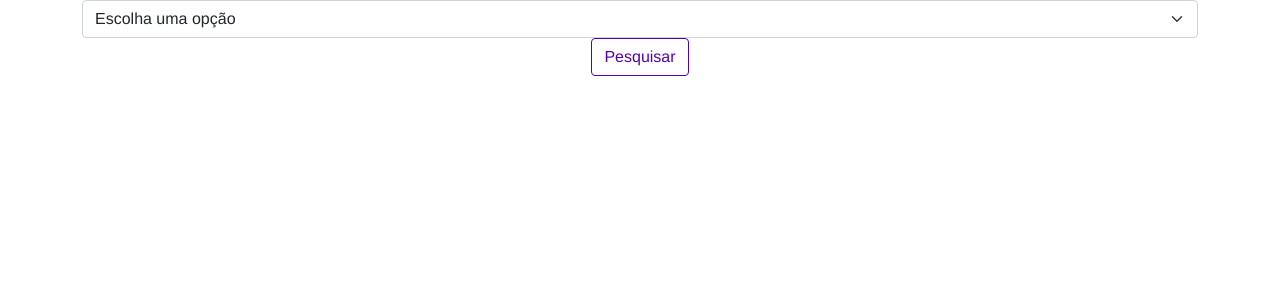
Repository: LuismGil/Countries-list
Page: /about
An editor plug-in stored every save of this project. The page is shown before and after the next save, followed by the edit.
The browser window is 1280 px wide. The pictures show the whole page.
The project was rebuilt for these pictures with package versions that can differ from the ones it lists, and the page was loaded fresh each time.

Above is the page before, as saved 2021-05-22 21:13:18.

### public/index.html
<!DOCTYPE html>
<html lang="">
  <head>
    <meta charset="utf-8">
    <meta http-equiv="X-UA-Compatible" content="IE=edge">
    <meta name="viewport" content="width=device-width,initial-scale=1.0">
    <link rel="icon" href="<%= BASE_URL %>favicon.ico">
    <link href="https://cdn.jsdelivr.net/npm/bootstrap@5.0.1/dist/css/bootstrap.min.css" rel="stylesheet" integrity="sha384-+0n0xVW2eSR5OomGNYDnhzAbDsOXxcvSN1TPprVMTNDbiYZCxYbOOl7+AMvyTG2x" crossorigin="anonymous">
    <title><%= htmlWebpackPlugin.options.title %></title>
  </head>
  <body>
    <noscript>
      <strong>We're sorry but <%= htmlWebpackPlugin.options.title %> doesn't work properly without JavaScript enabled. Please enable it to continue.</strong>
    </noscript>
    <div id="app"></div>
    <!-- built files will be auto injected -->
  </body>
</html>

### src/App.vue
<template>
  <div id="app">
    <!-- <mv-header /> -->
    <Home></Home>

  </div>
</template>

<script>
// import MvHeader from './components/MvHeader.vue';
import Home from './views/Home.vue';

export default {
  name: 'App',
  components: {
    // MvHeader,
    Home,
  },
};
</script>

<style>
#app {
  color: #2c3e50;
  font-family: Avenir, Helvetica, Arial, sans-serif;
  -webkit-font-smoothing: antialiased;
  -moz-osx-font-smoothing: grayscale;
  text-align: center;
}
</style>

### src/views/Home.vue
<template>
  <div>
    <mv-countries></mv-countries>

  </div>
</template>

<script>
import MvCountries from '../components/MvCountries.vue';

export default {
  components: { MvCountries },

};
</script>

<style>

</style>

### src/components/MvCountries.vue
<template>
  <div>
    <div class="container">
    <select class="form-select" aria-label="Escolha uma opção">
      <option selected disabled>Escolha uma opção</option>
      <option value="1">Região</option>
      <option value="2">Capital</option>
      <option value="3">Língua</option>
      <option value="4">País</option>
      <option value="5">Código de ligação</option>
    </select>
    <mv-button>
        Pesquisar
    </mv-button>
    </div>

  </div>
</template>

<script>
import MvButton from './MvButton.vue';

export default {
  components: { MvButton },

};
</script>

<style>
.btn-find {
  color: #FFF;
  background-color: #5600AB;
}

</style>

### src/components/MvButton.vue
<template>
  <div>
    <button type="button" class="btn btn-outline btn-color">
      <slot></slot>
      </button>
  </div>
</template>

<script>
// import MvArrowIcon from './MvArrowIcon.vue';

export default {
  // components: { MvArrowIcon },

};
</script>

<style>
.btn-color {
  border-color: #5600AB;
  color: #5600AB;
}

.btn-color:hover {
  color: #fff;
  background-color: #c599f2;
}

</style>

Loaded but not shown: src/main.js (common file)

After the next save:
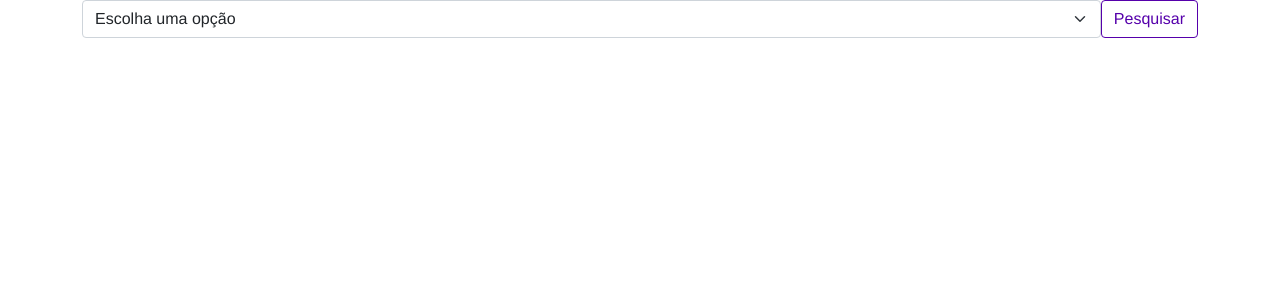
Saved 23 s later.
--- a/src/components/MvCountries.vue
+++ b/src/components/MvCountries.vue
@@ -27,6 +27,10 @@ export default {
 </script>
 
 <style>
+.container {
+  display: flex;
+  flex-direction: row;
+}
 .btn-find {
   color: #FFF;
   background-color: #5600AB;
